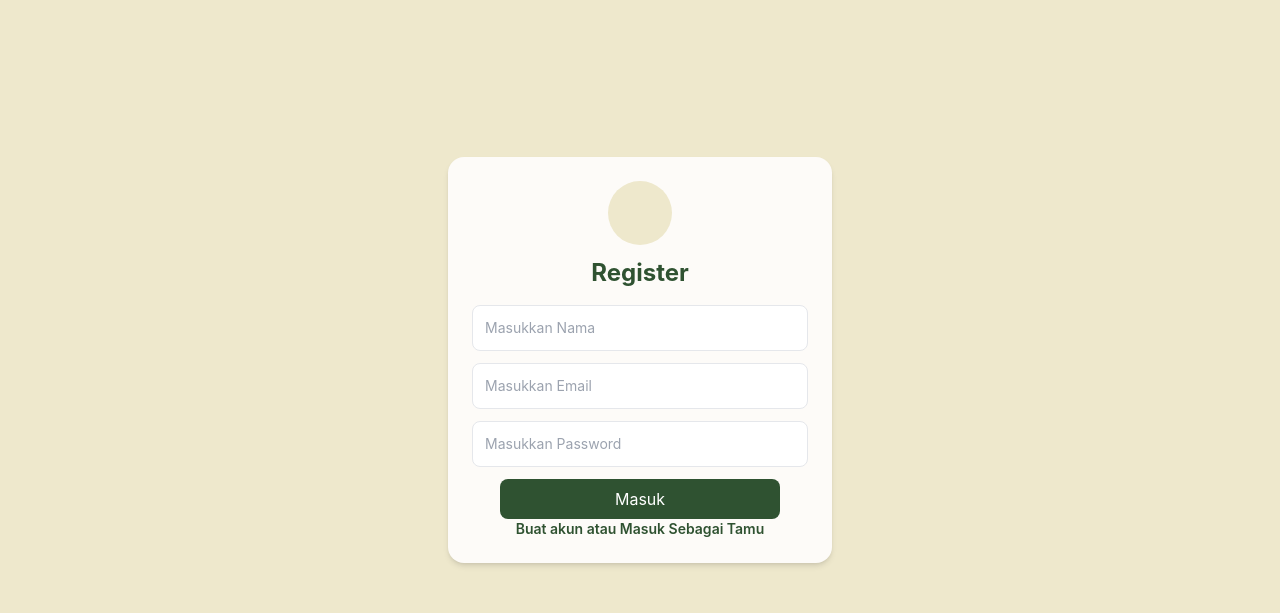
Repository: PajarAland/DiagramCoffee
Page: /register
The author's editor kept a copy of each file at every save. The page is drawn from the files as they stood at one save, then again after the next save.
The browser window is 1280 px wide. The pictures show the whole page.
The project was rebuilt for these pictures with package versions that can differ from the ones it lists, and the page was loaded fresh each time. Also part of the build but not shown: vite.config.js, src/pages/Landing.jsx, src/pages/Login.jsx.

Above is the page before, as saved 2026-04-25 01:26:15.

After the next save:
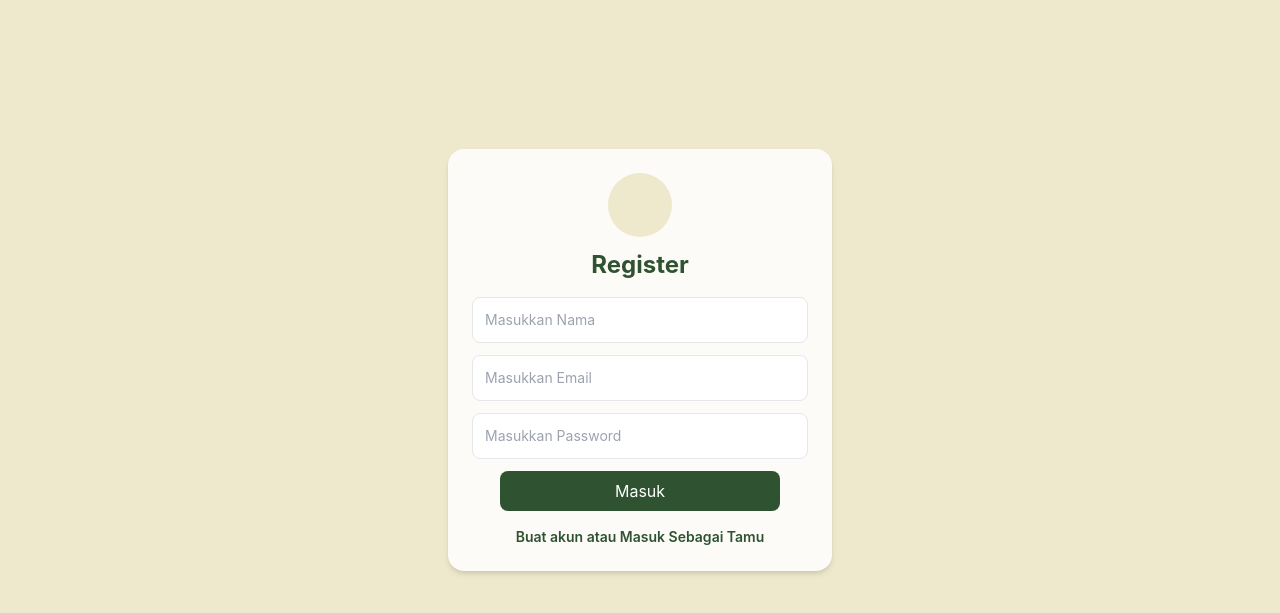
Saved 10 s later.
--- a/src/pages/Register.jsx
+++ b/src/pages/Register.jsx
@@ -61,7 +61,7 @@ function Register() {
             Belum punya akun?
             </p> */}
 
-            <div className="text-sm text-[#2F5231] font-semibold">
+            <div className="text-sm text-[#2F5231] font-semibold mt-4">
             Buat akun atau Masuk Sebagai Tamu
             </div>
         </div>
